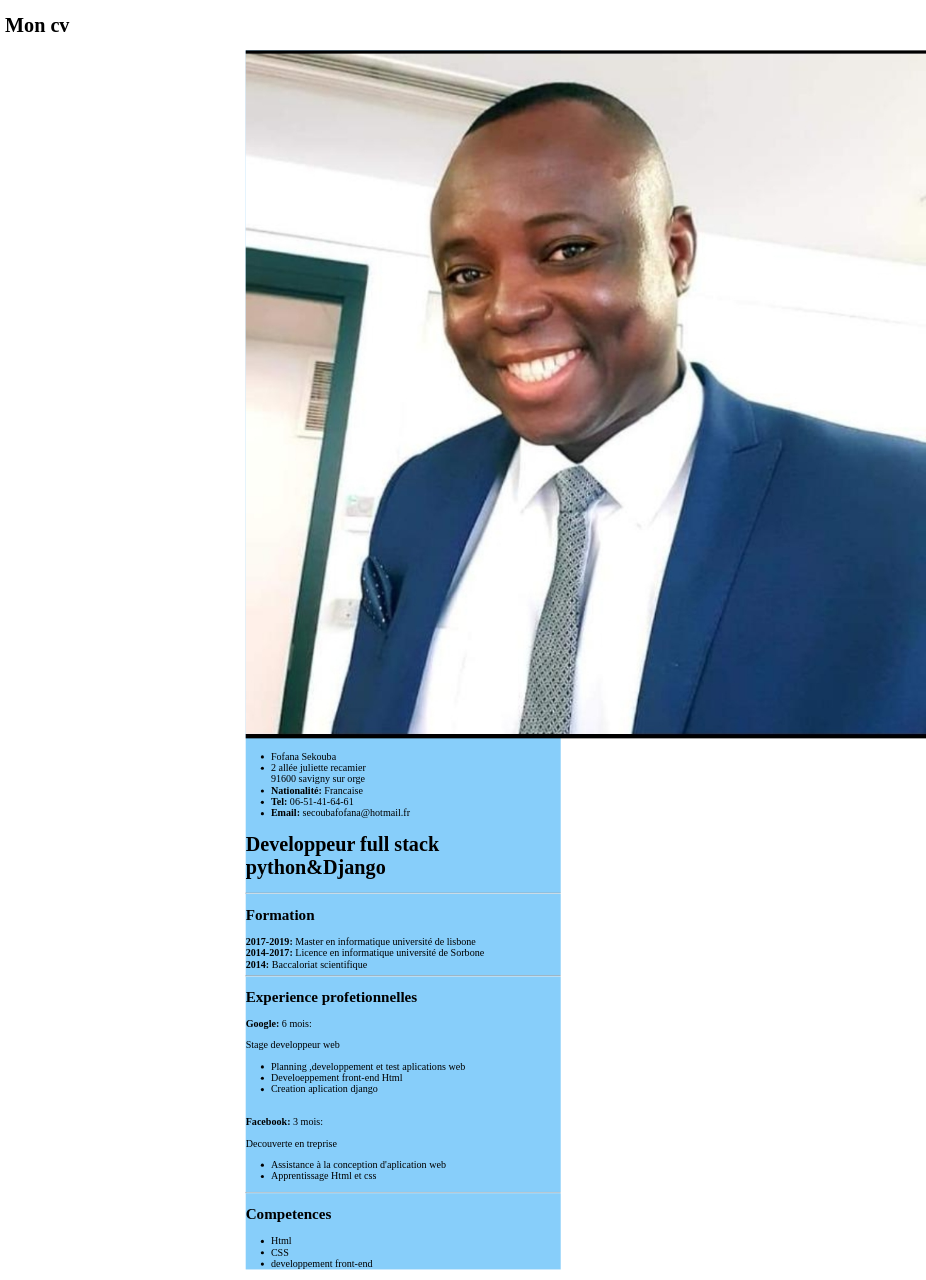
Repository: lamdakara/cv-html
Page: index.html
These files come from the project's save history. The page is drawn as it stood at one moment and after the next save; the edit follows.
The browser window is 1280 px wide. The page is 1470 px wide, then 1280 px, so the pictures cover 1470 px, including what lies to the right of the window. The pictures show the whole page, at 63% of full size.
Some web libraries are served in a nearby version.

Above is the page before, as saved 2023-08-26 13:32:55.

After the next save:
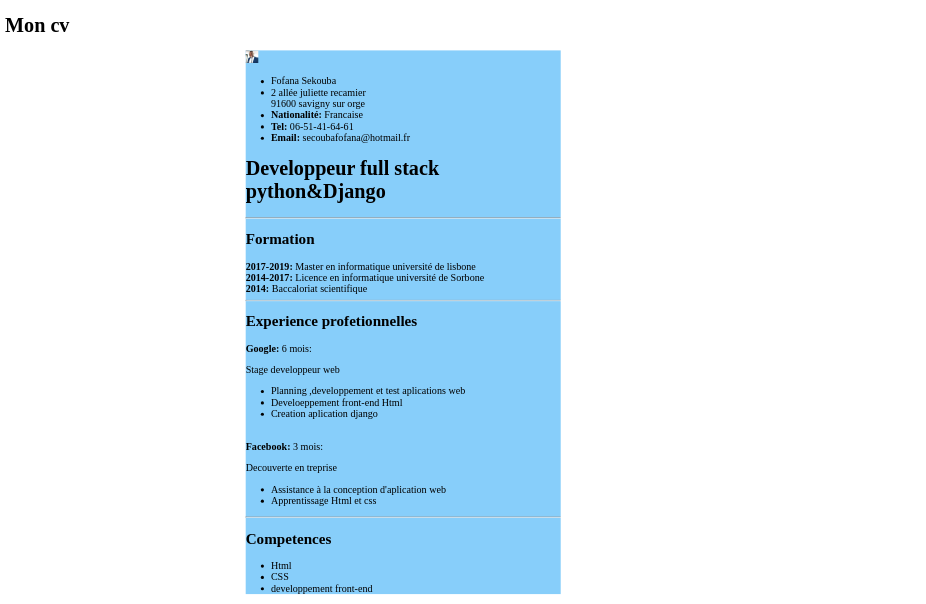
Saved 75 s later.
--- a/css/style.css
+++ b/css/style.css
@@ -7,3 +7,7 @@
 .details{
     background-color:black;
 }
+img{
+    width: 20px;
+    height: 20px;
+}
